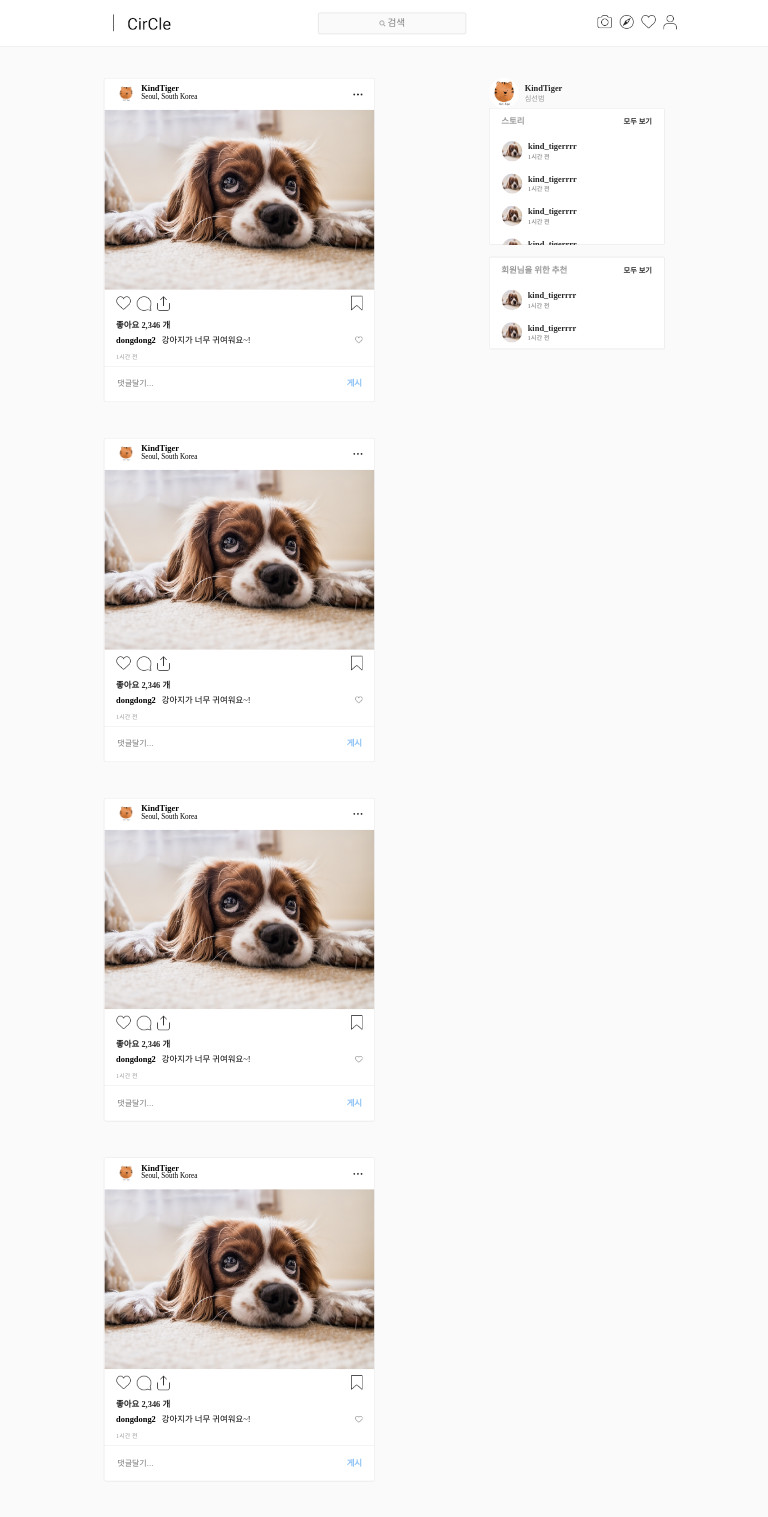
Repository: gkawlals/image_borad
Page: SpringPRJ/WebContent/WEB-INF/view/image/imageList.html
An editor plug-in stored every save of this project. The page is shown before and after the next save, followed by the edit.
The browser window is 1280 px wide. The pictures show the whole page, at 60% of full size.

Above is the page before, as saved 2021-04-17 07:15:44.

After the next save:
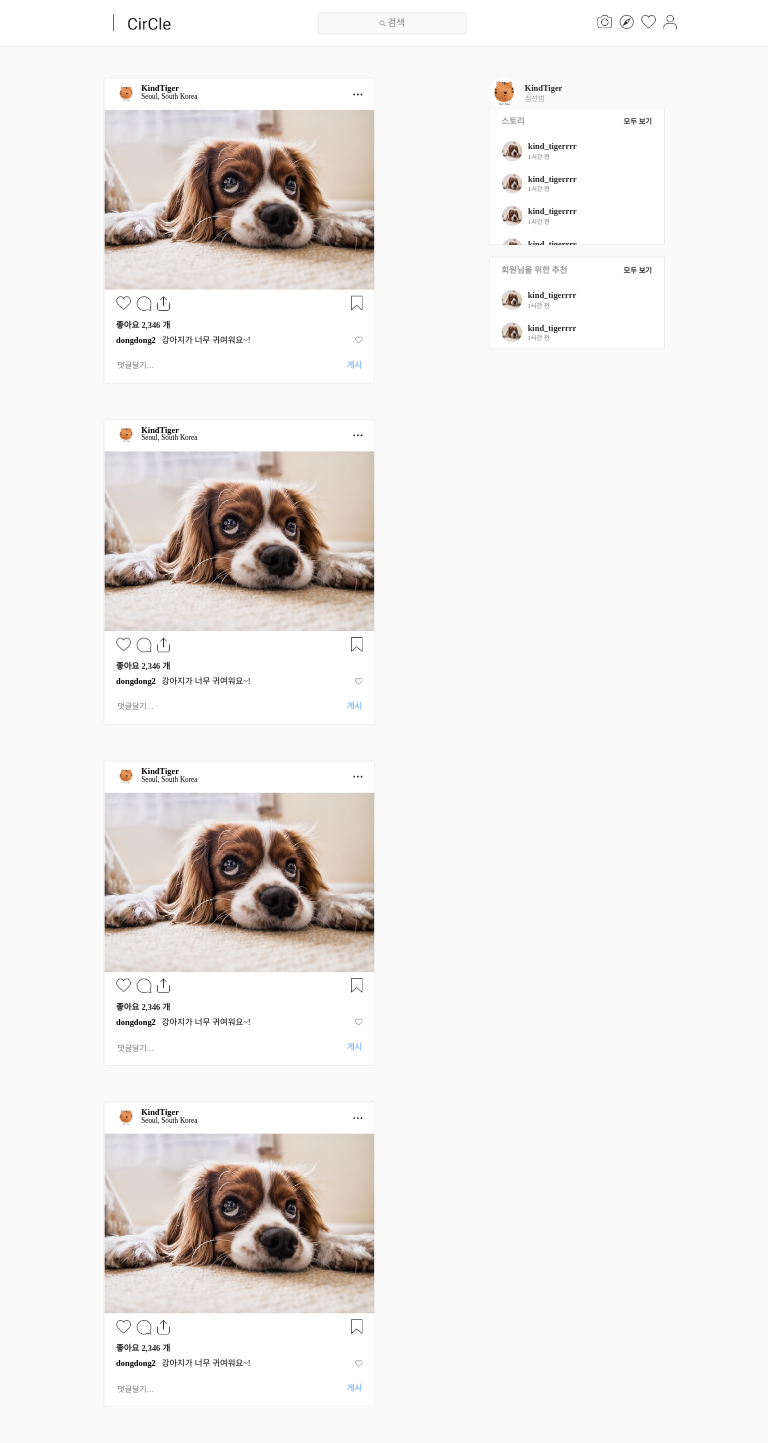
Saved 64 s later.
--- a/SpringPRJ/WebContent/WEB-INF/view/image/imageList.html
+++ b/SpringPRJ/WebContent/WEB-INF/view/image/imageList.html
@@ -160,7 +160,6 @@
                         </div>
                     </div>
 
-                    <div class="timer">1시간 전</div>
 
                     <div class="comment_field" id="add-comment-post37">
                         <input type="text" placeholder="댓글달기...">
@@ -226,7 +225,6 @@
                         </div>
                     </div>
 
-                    <div class="timer">1시간 전</div>
 
                     <div class="comment_field" id="add-comment-post37">
                         <input type="text" placeholder="댓글달기...">
@@ -292,7 +290,6 @@
                         </div>
                     </div>
 
-                    <div class="timer">1시간 전</div>
 
                     <div class="comment_field" id="add-comment-post37">
                         <input type="text" placeholder="댓글달기...">
@@ -358,7 +355,6 @@
                         </div>
                     </div>
 
-                    <div class="timer">1시간 전</div>
 
                     <div class="comment_field" id="add-comment-post37">
                         <input type="text" placeholder="댓글달기...">
